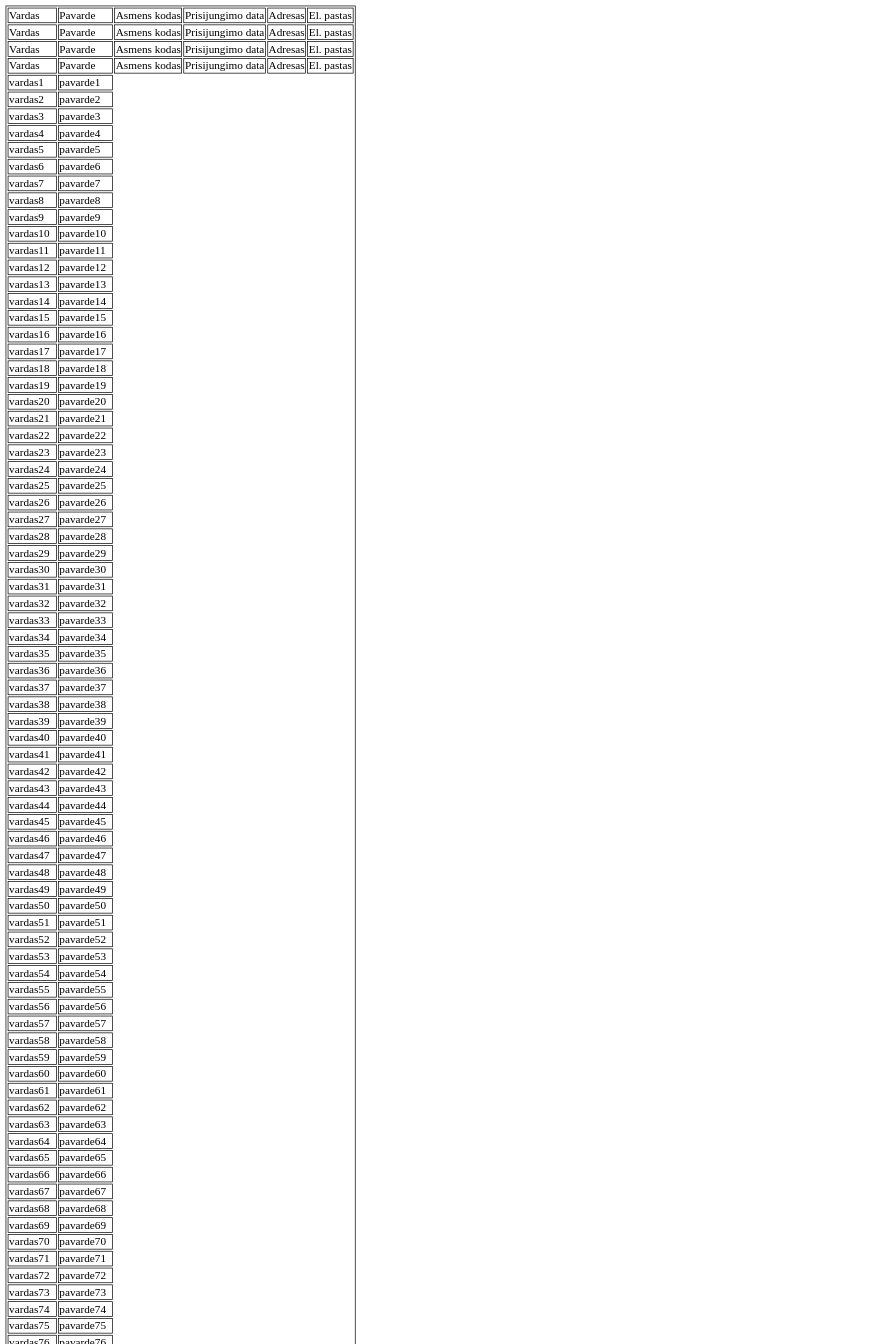
Repository: motiejus1/29-paskaita-05.31
Page: index.html
The author's editor kept a copy of each file at every save. The page is drawn from the files as they stood at one save, then again after the next save.
The browser window is 1280 px wide. The pictures show the part of the page from y = 0 to 1920 px (the page is 4916 px tall), at 70% of full size.

Above is the page before, as saved 2021-07-21 18:41:00.

After the next save:
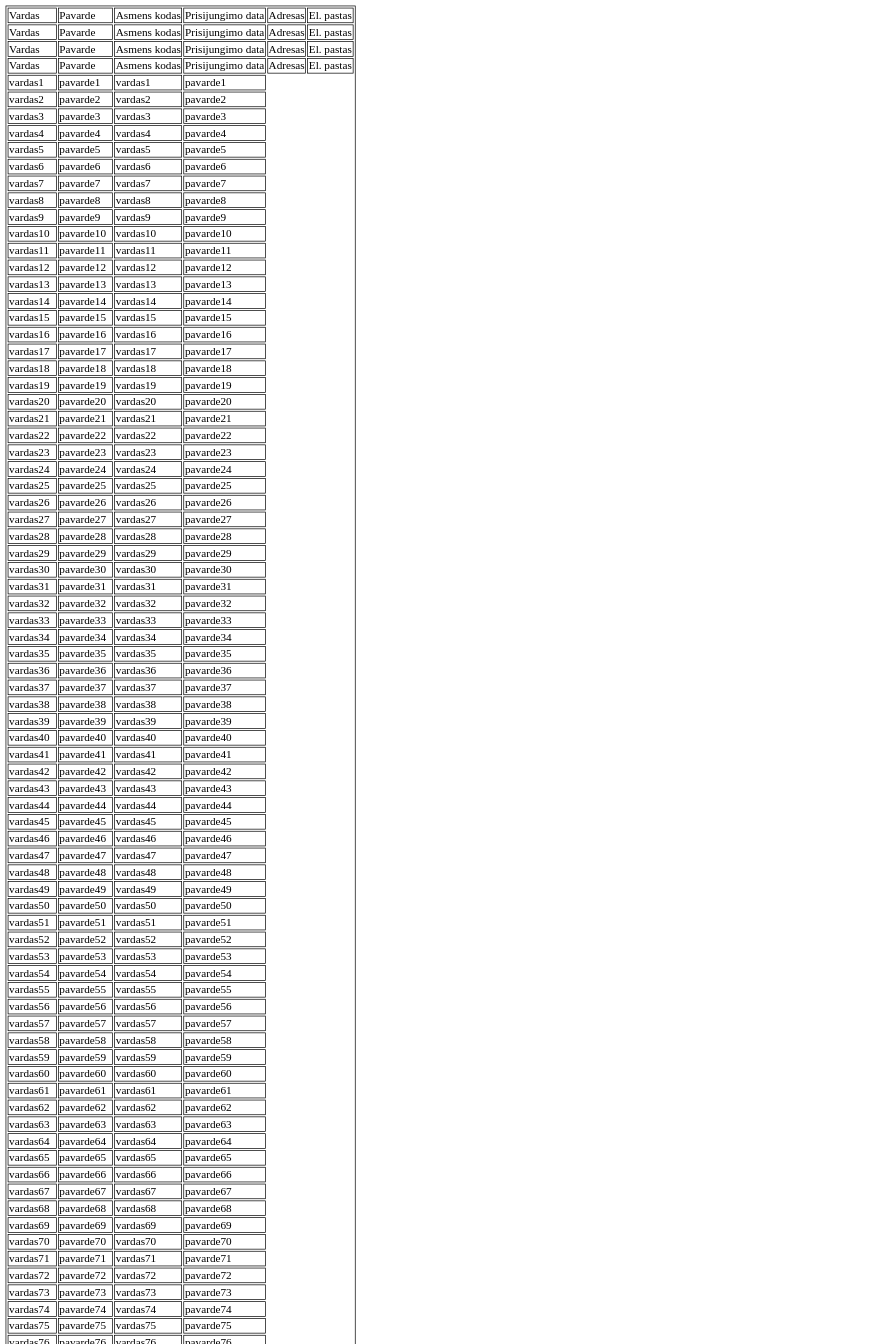
Saved 28 s later.
--- a/index.html
+++ b/index.html
@@ -113,6 +113,16 @@
         pavarde.innerText = klientuMasyvas[i].pavarde;
         eilute.append(pavarde);
 
+        //Vardo atvaizdavimas
+        var vardas = document.createElement("td");
+        vardas.innerText = klientuMasyvas[i].vardas;
+        eilute.append(vardas);
+
+        //Pavarde atvaizdavimas
+        var pavarde = document.createElement("td");
+        pavarde.innerText = klientuMasyvas[i].pavarde;
+        eilute.append(pavarde);
+
         isvedimoElementas.append(eilute);
     }
 
